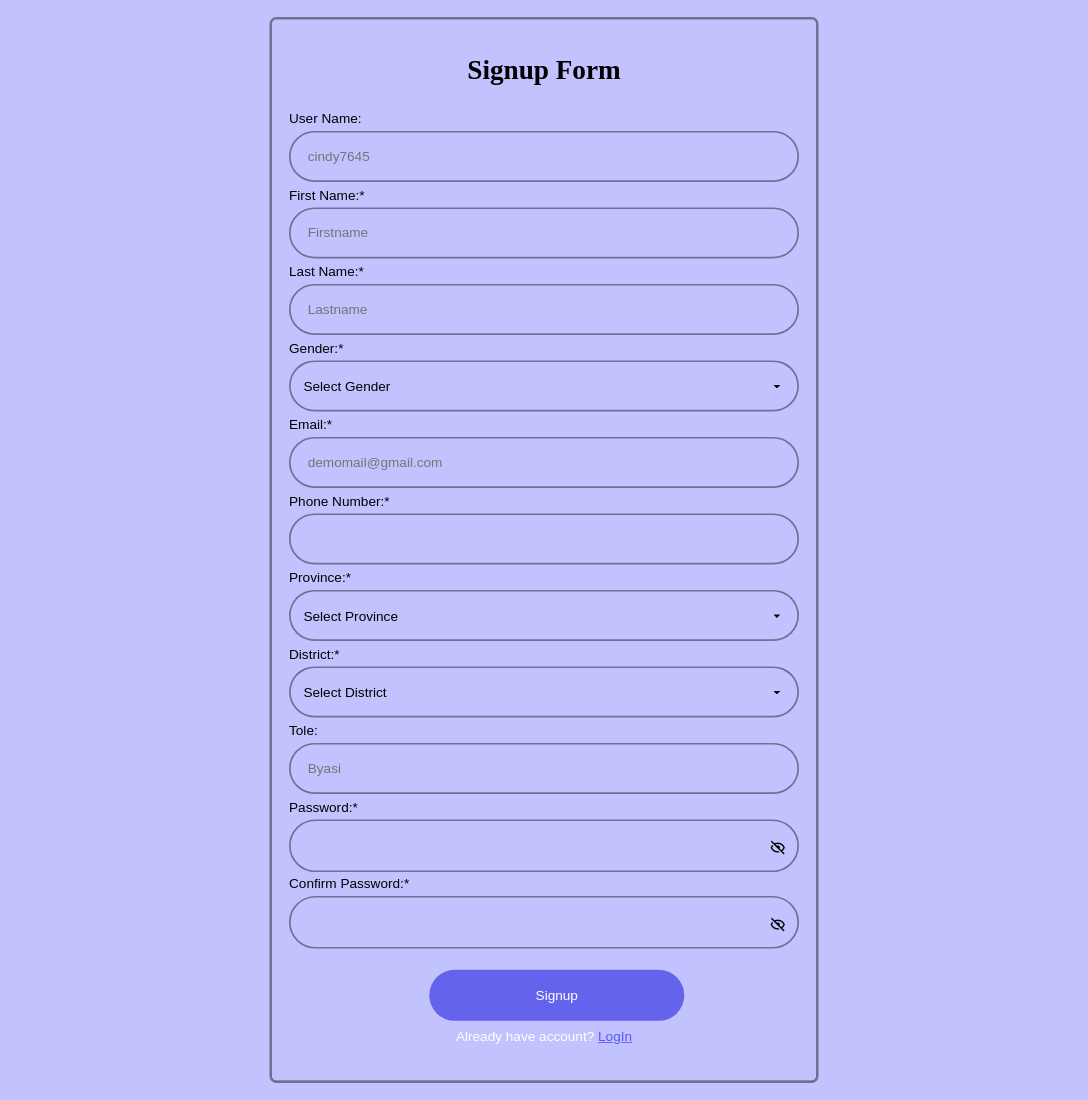
Repository: cindrellakoju/Animestore
Page: html css/signup.html
An editor plug-in stored every save of this project. The page is shown before and after the next save, followed by the edit.
The browser window is 1280 px wide. The pictures show the whole page, at 85% of full size.

Above is the page before, as saved 2024-04-07 01:37:29.

After the next save:
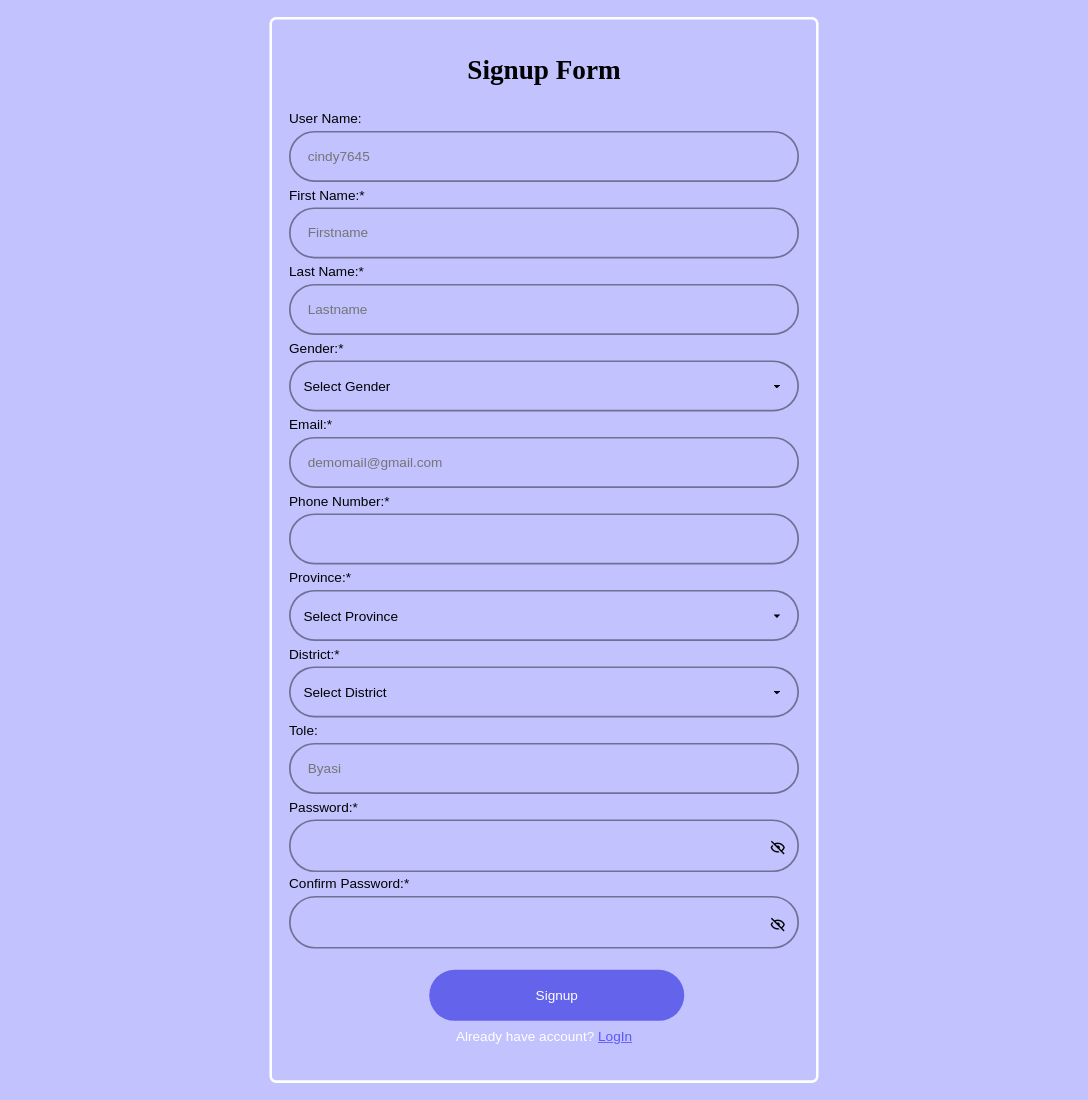
Saved 26 s later.
--- a/html css/signup.css
+++ b/html css/signup.css
@@ -15,7 +15,7 @@
     padding: 20px;
     border-radius: 8px;
     /* box-shadow: 0 2px 5px rgba(0, 0, 0, 0.1); */
-    border: 3px solid rgba(0, 0, 0, 0.422) ;
+    border: 3px solid white ;
   }
 
   h1 {
